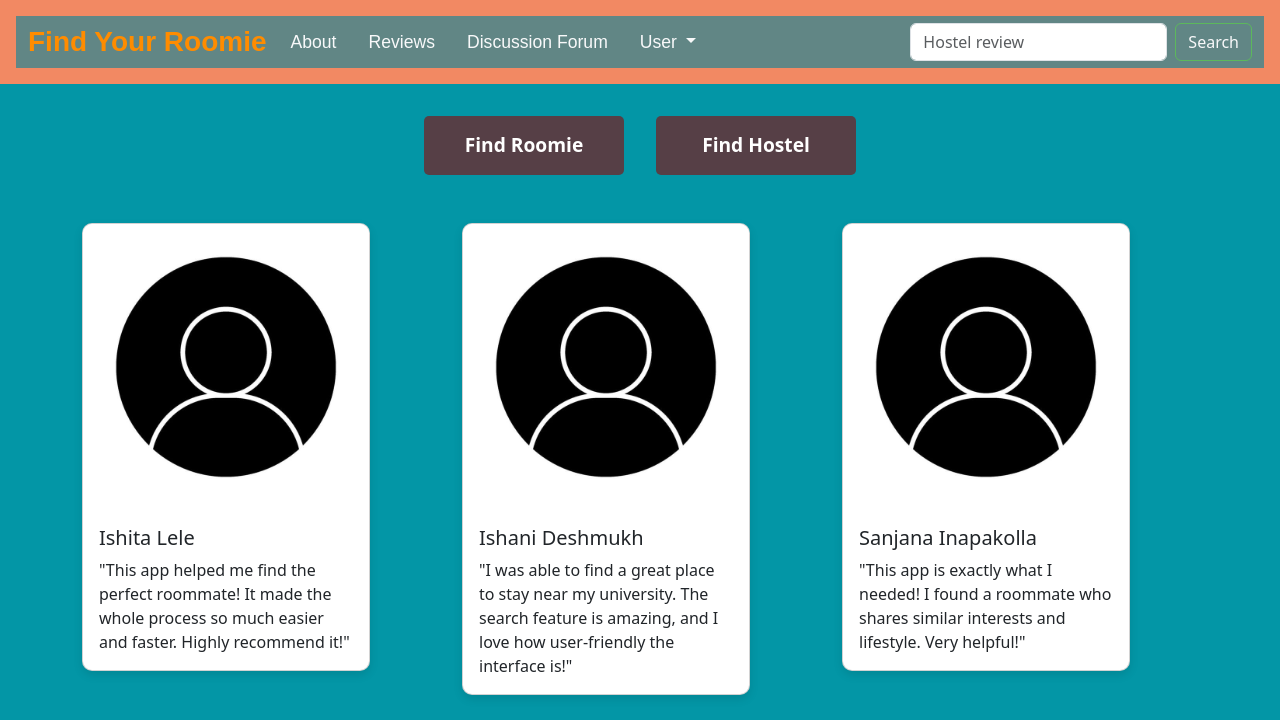
Repository: Sanjana-Inapakolla/Find-your-Roomie-website
Page: mini-project(jfst)/MiniProject/src/main/webapp/home.html
An editor plug-in stored every save of this project. The page is shown before and after the next save, followed by the edit.
The browser window is 1280 px wide. The pictures show the whole page.

Above is the page before, as saved 2024-11-13 06:56:25.

### mini-project(jfst)/MiniProject/src/main/webapp/home.html
<!DOCTYPE html>
<html lang="en">
<head>
  <meta charset="ISO-8859-1">
  <title>Home Page</title>
 <link href="https://cdn.jsdelivr.net/npm/bootstrap@5.3.3/dist/css/bootstrap.min.css" rel="stylesheet" integrity="sha384-QWTKZyjpPEjISv5WaRU9OFeRpok6YctnYmDr5pNlyT2bRjXh0JMhjY6hW+ALEwIH" crossorigin="anonymous">
  <style>
    /* Navbar Styling */
    .navbar {
      background-color: #F28963;
      padding: 1rem;
    }

    /* Navbar Brand (Logo/Text) */
    .navbar-brand {
      color: #f8f9fa;
      font-size: 1.75rem;
      font-weight: bold;
      font-family: 'Arial', sans-serif;
      color: #ff8c00;
    }

    /* Navbar Links (Home, Reviews, Discussion Forum) */
    .navbar-nav .nav-link {
      color: #f8f9fa;
      font-size: 1.1rem;
      font-family: 'Arial', sans-serif;
      margin-right: 1rem;
      transition: color 0.3s;
    }

    /* Active Link Color */
    .navbar-nav .nav-link.active {
      color: #f8f9fa !important;
    }

    /* Hover Effect for Links (Home, Reviews, Discussion Forum) */
    .navbar-nav .nav-link:hover {
      color: #5cb85c;
    }

    /* Active Link Hover (Ensures the hover color is still applied even if it's active) */
    .navbar-nav .nav-link.active:hover {
      color: #5cb85c !important;
    }

    /* Search Button */
    .btn-outline-success {
      color: #f8f9fa;
      border-color: #5cb85c;
      transition: background-color 0.3s, color 0.3s;
    }

    /* Search Button Hover */
    .btn-outline-success:hover {
      background-color: #5cb85c;
      color: #fff;
    }

    /* Home Page Buttons Styling */
    .home-buttons {
      display: flex;
      justify-content: center;
      gap: 2rem;
      margin-top: 2rem;
    }

    .home-buttons .btn {
      font-size: 1.2rem;
      padding: 15px 30px;
      border-radius: 5px;
      font-weight: bold;
      width: 200px;
      transition: transform 0.3s;
    }

    /* Hover Effect for Buttons */
    .home-buttons .btn:hover {
      transform: scale(1.05);
    }

    .find-roomie {
      background-color: #563f46;
      color: white;
      border: none;
    }

    .find-roomie:hover {
      background-color: #0056b3;
    }

    .find-hostel {
      background-color: #563f46;
      color: white;
      border: none;
    }

    .find-hostel:hover {
      background-color: #218838;
    }

    .card {
      width: 18rem;
      border-radius: 10px;
      box-shadow: 0 4px 10px rgba(0, 0, 0, 0.1);
    }
    .card-img-top {
      border-radius: 10px 10px 0 0;
    }

    body{
      background-color: #0396A6;
    }
  </style>
</head>
<body>

<!-- Navbar -->
<nav class="navbar navbar-expand-lg">
  <div class="container-fluid" style="background-color: #618685;">
    <a class="navbar-brand" href="#">Find Your Roomie</a>
    <button class="navbar-toggler" type="button" data-bs-toggle="collapse" data-bs-target="#navbarNav" aria-controls="navbarNav" aria-expanded="false" aria-label="Toggle navigation">
      <span class="navbar-toggler-icon"></span>
    </button>
    <div class="collapse navbar-collapse" id="navbarNav">
      <ul class="navbar-nav me-auto">
        <li class="nav-item">
          <a class="nav-link active" aria-current="page" href="About.jsp">About</a>
        </li>
        <li class="nav-item">
          <a class="nav-link" href="Rating.jsp">Reviews</a>
        </li>
        <li class="nav-item">
          <a class="nav-link" href="BeforeChat">Discussion Forum</a>
        </li>
        <li class="nav-item dropdown">
          <a class="nav-link dropdown-toggle" href="#" role="button" data-bs-toggle="dropdown" aria-expanded="false">
            User
          </a>
          <ul class="dropdown-menu">
            <li><a class="dropdown-item" href="Profile">My Profile</a></li>
            <li><a class="dropdown-item" href="BeforeUpdate">Account Settings</a></li>
            <li><a class="dropdown-item" href="LogoutServlet">Logout</a></li>
          </ul>
        </li>
      </ul>

      <!-- Search Button on the Right -->
      <form class="d-flex ms-auto" action="HostelSearch">
        <input class="form-control me-2" name="hostel-search" type="search" placeholder="Hostel review" aria-label="Search">
        <button class="btn btn-outline-success" type="submit">Search</button>
      </form>
    </div>
  </div>
</nav>

<!-- Buttons for Find Roomie and Find Hostel -->
<div class="home-buttons">
  <button class="btn find-roomie" onclick="window.location.href='Match';">Find Roomie</button>
 <button class="btn find-hostel" onclick="window.location='public/HostelGeoMap.html';">Find Hostel</button>
</div>

<div class="container mt-5">
  <div class="row justify-content-center">
    <!-- Card 1 -->
    <div class="col-md-4 mb-4">
      <div class="card">
        <img src="images\profile.jpg" class="card-img-top" alt="User Image">
        <div class="card-body">
          <h5 class="card-title">Ishita Lele</h5>
          <p class="card-text">"This app helped me find the perfect roommate! It made the whole process so much easier and faster. Highly recommend it!"</p>
        </div>
      </div>
    </div>

    <!-- Card 2 -->
    <div class="col-md-4 mb-4">
      <div class="card">
        <img src="images\profile.jpg" class="card-img-top" alt="User Image">
        <div class="card-body">
          <h5 class="card-title">Ishani Deshmukh</h5>
          <p class="card-text">"I was able to find a great place to stay near my university. The search feature is amazing, and I love how user-friendly the interface is!"</p>
        </div>
      </div>
    </div>

    <!-- Card 3 -->
    <div class="col-md-4 mb-4">
      <div class="card">
        <img src="images\profile.jpg" class="card-img-top" alt="User Image">
        <div class="card-body">
          <h5 class="card-title">Sanjana Inapakolla</h5>
          <p class="card-text">"This app is exactly what I needed! I found a roommate who shares similar interests and lifestyle. Very helpful!"</p>
        </div>
      </div>
    </div>
  </div>
</div>

<!-- Bootstrap JS -->
<script src="https://cdn.jsdelivr.net/npm/bootstrap@5.3.3/dist/js/bootstrap.bundle.min.js" integrity="sha384-YvpcrYf0tY3lHB60NNkmXc5s9fDVZLESaAA55NDzOxhy9GkcIdslK1eN7N6jIeHz" crossorigin="anonymous"></script>
</body>
</html>

After the next save:
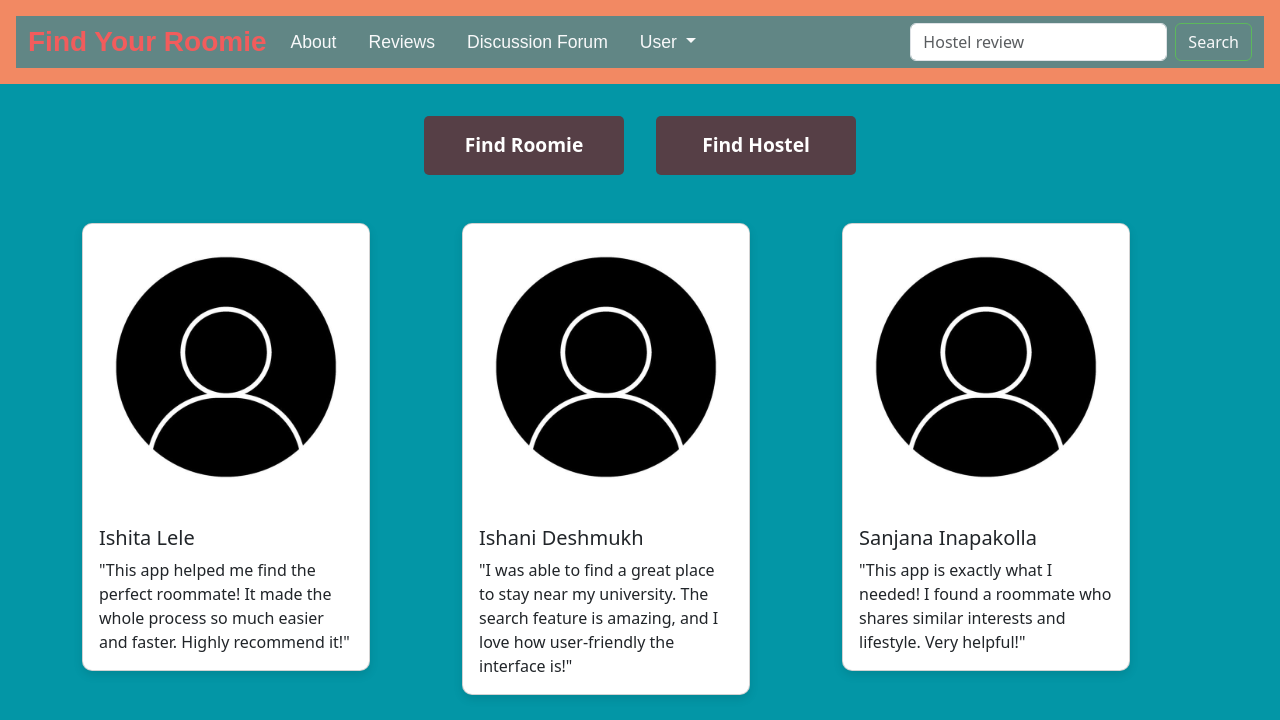
Saved 4 min 5 s later.
--- a/mini-project(jfst)/MiniProject/src/main/webapp/home.html
+++ b/mini-project(jfst)/MiniProject/src/main/webapp/home.html
@@ -17,7 +17,7 @@
       font-size: 1.75rem;
       font-weight: bold;
       font-family: 'Arial', sans-serif;
-      color: #ff8c00;
+      color: #F25C5C;
     }
 
     /* Navbar Links (Home, Reviews, Discussion Forum) */

After the save that followed:
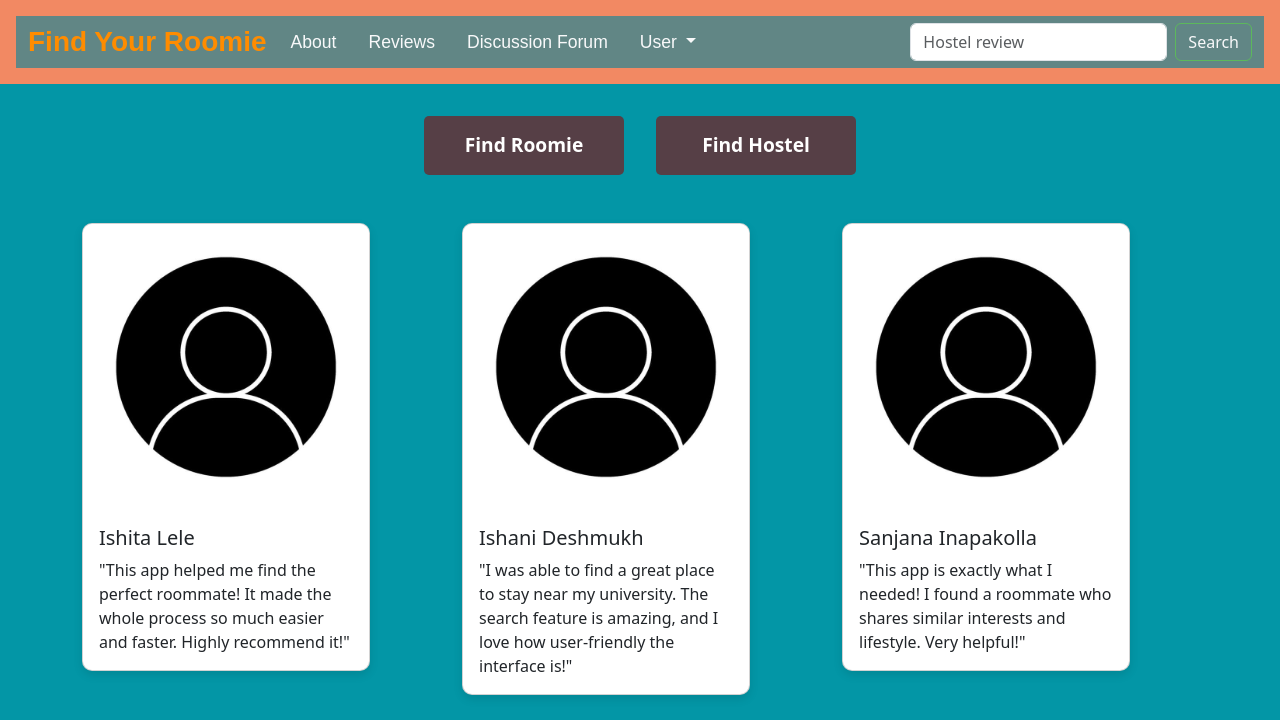
Saved 28 s later.
--- a/mini-project(jfst)/MiniProject/src/main/webapp/home.html
+++ b/mini-project(jfst)/MiniProject/src/main/webapp/home.html
@@ -17,7 +17,7 @@
       font-size: 1.75rem;
       font-weight: bold;
       font-family: 'Arial', sans-serif;
-      color: #F25C5C;
+      color: #ff8c00;
     }
 
     /* Navbar Links (Home, Reviews, Discussion Forum) */
